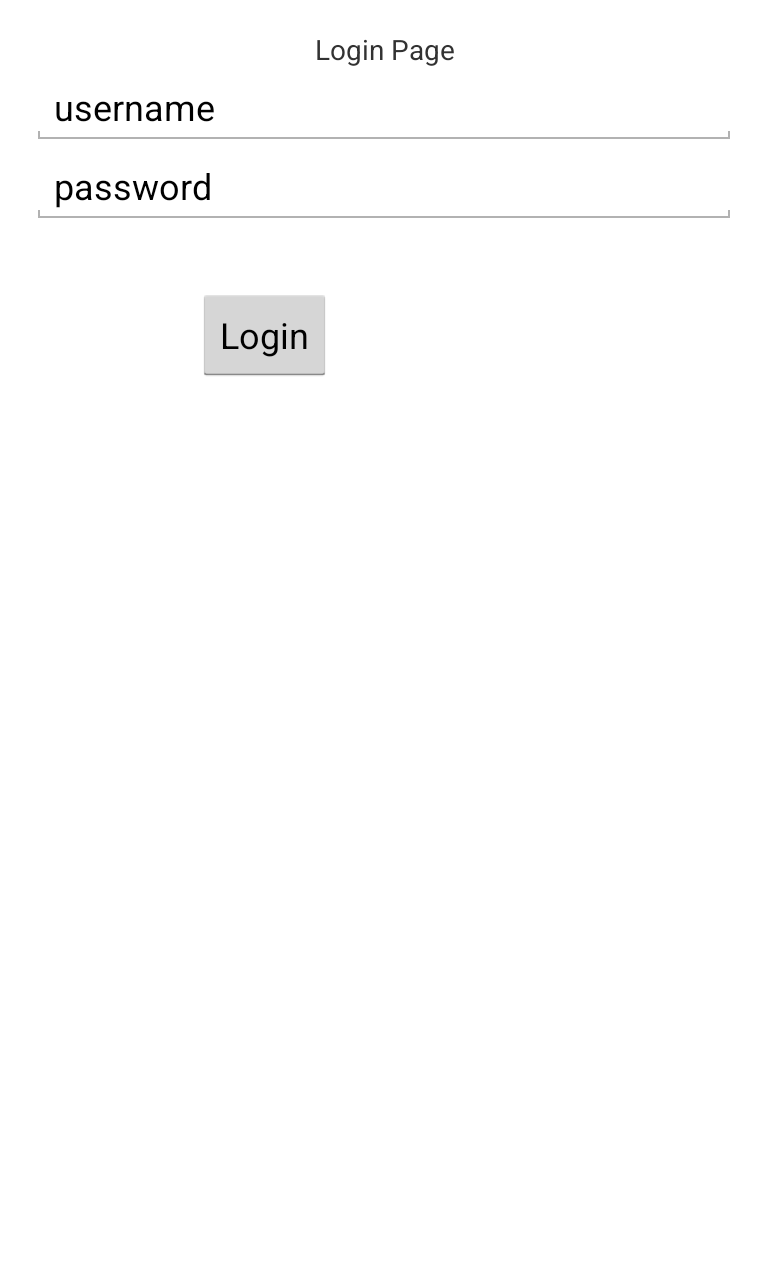
Repository: founderzhl/MarsAndroid
Layout: S01_E15_RelativeLayout02/res/layout/activity_main.xml
The author's editor kept a copy of each file at every save. The layout is drawn from the files as they stood at one save, then again after a run of saves.
It is drawn on a 768 x 1280 px phone screen (xhdpi) without system bars, with theme AppTheme; the app's code is not run.

Above is the layout before, as saved 2015-01-22 16:29:07.

### S01_E15_RelativeLayout02/res/layout/activity_main.xml
<RelativeLayout xmlns:android="http://schemas.android.com/apk/res/android"
    xmlns:tools="http://schemas.android.com/tools"
    android:layout_width="match_parent"
    android:layout_height="match_parent"
    android:padding="15dp" >

    <TextView
        android:id="@+id/labelView"
        android:layout_width="match_parent"
        android:layout_height="wrap_content"
        android:gravity="center"
        android:text="Login Page" />

        <EditText
        android:id="@+id/usernameText"
        android:layout_width="wrap_content"
        android:layout_height="wrap_content"
        android:text="username"
        android:layout_below="@id/labelView"
        android:layout_alignParentLeft="true"
        android:layout_alignParentRight="true" />

        <EditText
        android:id="@+id/passwordText"
        android:layout_width="0dp"
        android:layout_height="wrap_content"
        android:layout_weight="1"
        android:text="password"
        android:layout_below="@id/usernameText"
        android:layout_alignLeft="@id/usernameText"
        android:layout_alignRight="@id/usernameText" />

        <Button
            android:id="@+id/cancelButton"
            android:layout_width="0dp"
            android:layout_height="wrap_content"
            android:layout_weight="1"

            android:layout_below="@+id/passwordText"
            android:layout_marginTop="34dp"
            android:layout_toRightOf="@+id/loginButton"
            android:text="Cancel" />

        <Button
            android:id="@+id/loginButton"
            android:layout_width="wrap_content"
            android:layout_height="wrap_content"
            android:layout_alignBaseline="@+id/cancelButton"
            android:layout_alignBottom="@+id/cancelButton"
            android:layout_alignParentLeft="true"
            android:layout_marginLeft="83dp"
            android:text="Login" />

</RelativeLayout>

Loaded but not shown: S01_E15_RelativeLayout02/res/values/styles.xml (common file); S01_E15_RelativeLayout02/res/values-v11/styles.xml (common file); S01_E15_RelativeLayout02/res/values-v14/styles.xml (common file)

After the next 2 saves:
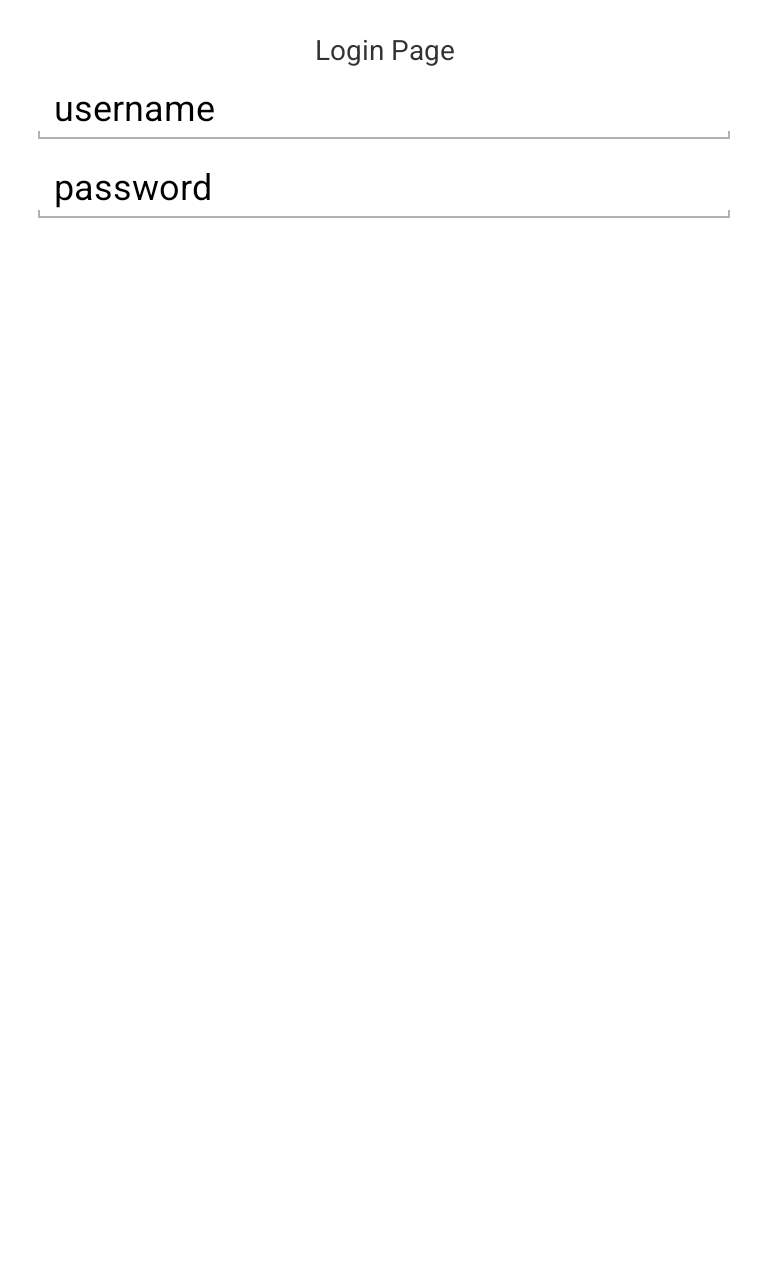
The 2 saves are shown as one change because they came seconds apart.
The last was saved 37 s later.
--- a/S01_E15_RelativeLayout02/res/layout/activity_main.xml
+++ b/S01_E15_RelativeLayout02/res/layout/activity_main.xml
@@ -22,9 +22,8 @@
 
         <EditText
         android:id="@+id/passwordText"
-        android:layout_width="0dp"
+        android:layout_width="wrap_content"
         android:layout_height="wrap_content"
-        android:layout_weight="1"
         android:text="password"
         android:layout_below="@id/usernameText"
         android:layout_alignLeft="@id/usernameText"
@@ -35,7 +34,6 @@
             android:layout_width="0dp"
             android:layout_height="wrap_content"
             android:layout_weight="1"
-
             android:layout_below="@+id/passwordText"
             android:layout_marginTop="34dp"
             android:layout_toRightOf="@+id/loginButton"
@@ -43,8 +41,10 @@
 
         <Button
             android:id="@+id/loginButton"
-            android:layout_width="wrap_content"
+            android:layout_width="0dp"
             android:layout_height="wrap_content"
+            android:layout_weight="1"
+
             android:layout_alignBaseline="@+id/cancelButton"
             android:layout_alignBottom="@+id/cancelButton"
             android:layout_alignParentLeft="true"
